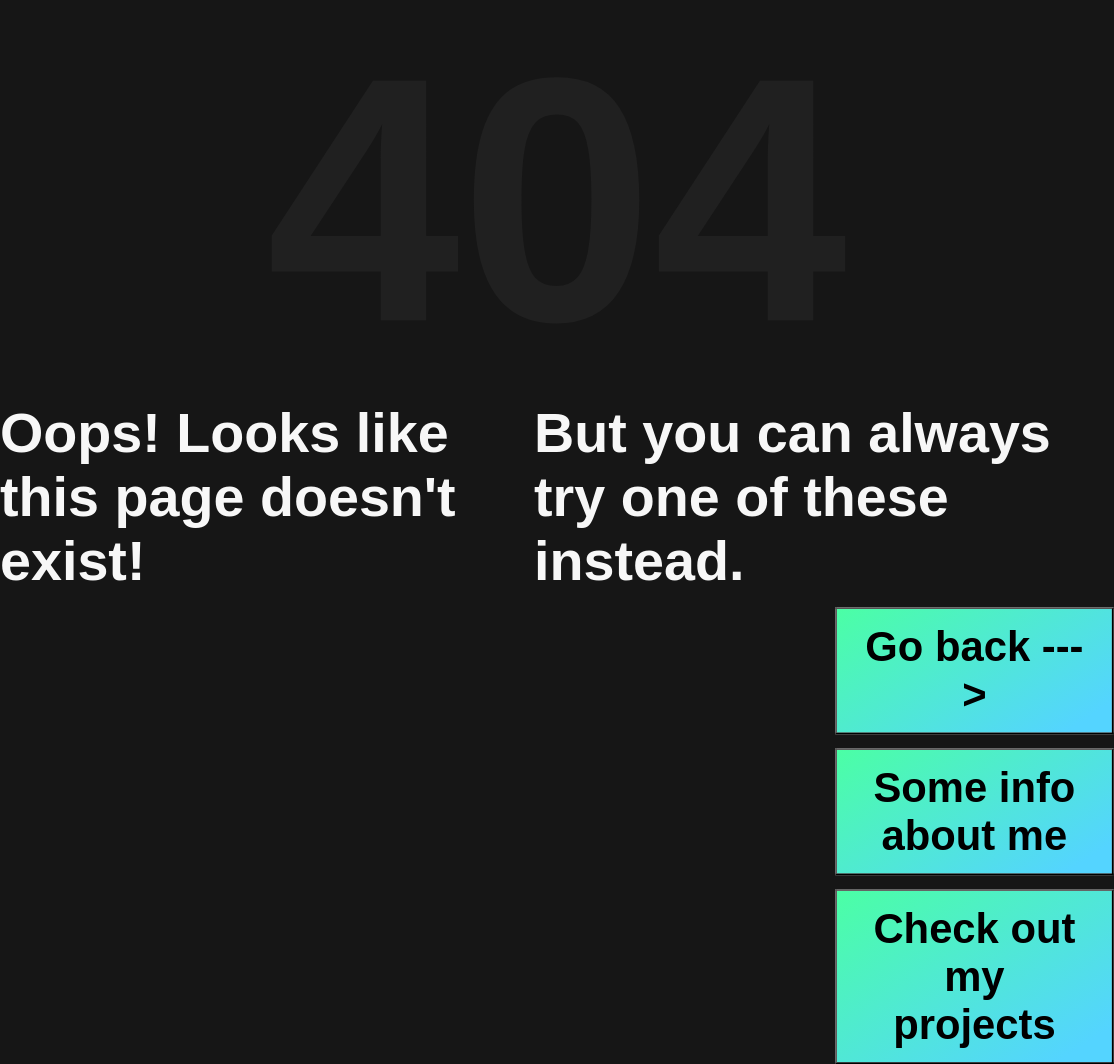
Repository: TeeJaysDev/Portfolio
Page: 404.html
An editor plug-in stored every save of this project. The page is shown before and after a run of saves, followed by the edit.
The browser window is 1280 px wide. The pictures show the whole page, at 87% of full size.

Above is the page before, as saved 2021-08-26 21:48:26.

After the next 3 saves:
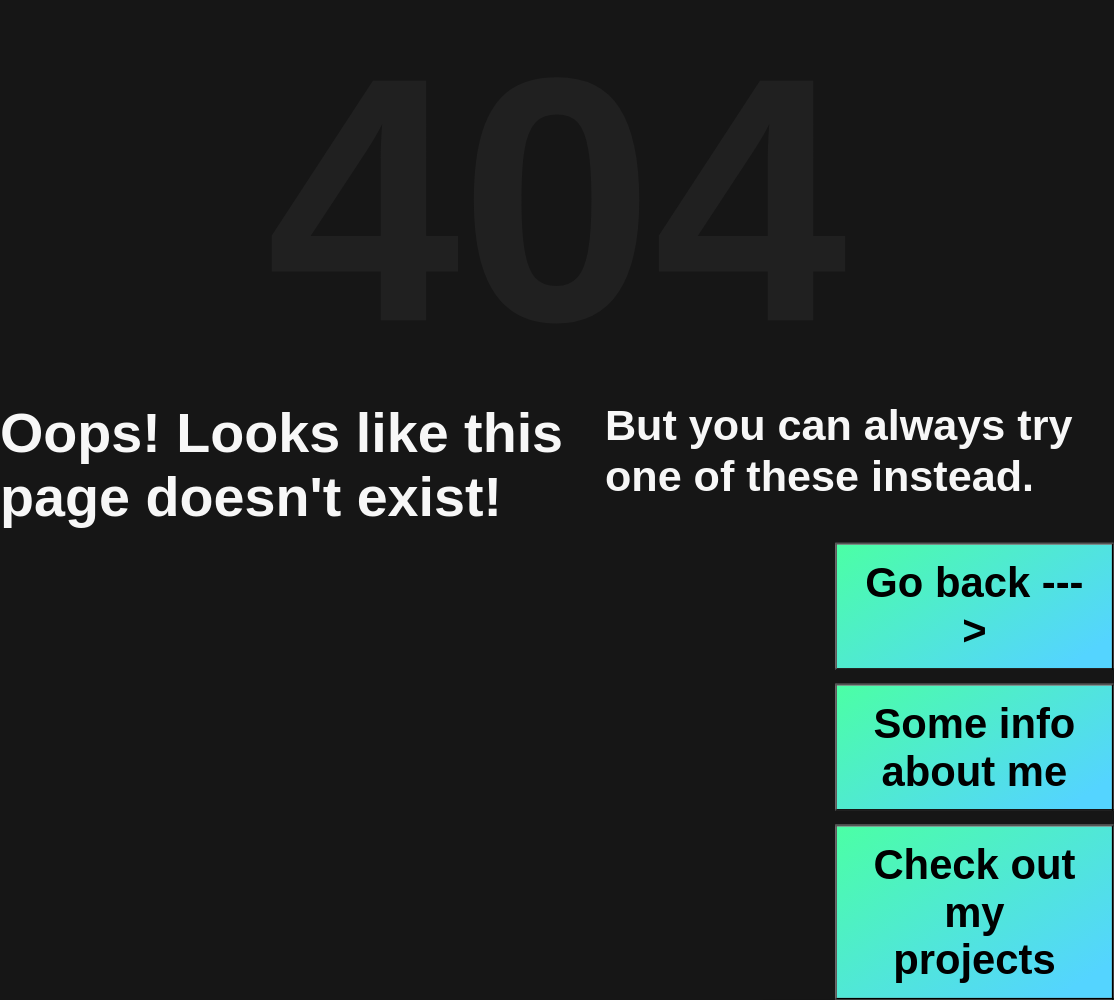
The 3 saves are shown as one change because they came seconds apart.
The last was saved 12 s later.
--- a/404.css
+++ b/404.css
@@ -25,7 +25,8 @@ h1 {
 }
 
 h1 span {
-
+    font-size: 3.1rem;
+    font-weight: 700;
 }
 
 h2 {
